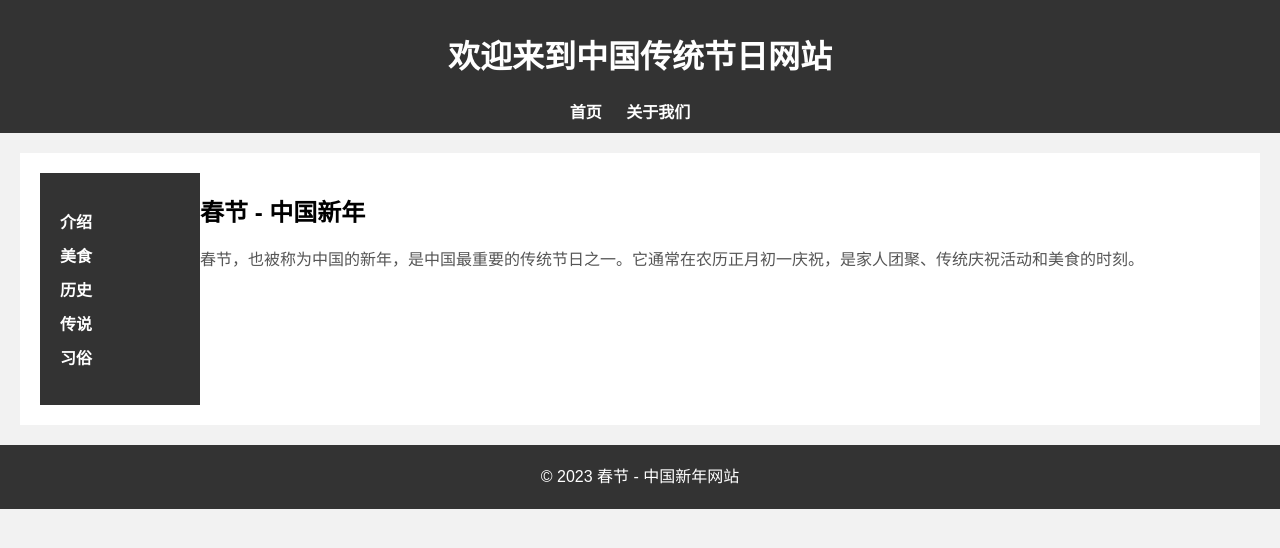
Repository: XueJie1/computer-operation-basics
Page: pages/springfestival/springfestival.html
These files come from the project's save history. The page is drawn as it stood at one moment and after the next save; the edit follows.
The browser window is 1280 px wide. The pictures show the whole page.

Above is the page before, as saved 2023-08-30 18:56:37.

### pages/springfestival/springfestival.html
<!DOCTYPE html>
<html lang="zh-CN">

<head>
    <meta charset="UTF-8">
    <meta name="viewport" content="width=device-width, initial-scale=1.0">
    <title>春节 - 中国新年</title>
    <link rel="stylesheet" type="text/css" href="../../css/styles.css" />
    <script src="https://cdn.bootcdn.net/ajax/libs/jquery/3.6.4/jquery.js"></script>

</head>

<body>
    <div class="header">
        <h1>欢迎来到中国传统节日网站</h1>
        <nav>
            <ul>
                <li><a href="../../index.html">首页</a></li>
                <li><a href="../about.html">关于我们</a></li>
            </ul>
        </nav>
    </div>
    <main>
        <div class="container">
            <div class="sidebar">
                <!-- 侧边栏 -->
                <ul>
                    <li><a href="#introduction">介绍</a></li>
                    <li><a href="#cuisine">美食</a></li>
                    <li><a href="#history">历史</a></li>
                    <li><a href="#legend">传说</a></li>
                    <li><a href="#customs">习俗</a></li>
                </ul>
            </div>

            <!-- 介绍 -->
            <section id="introduction">
                <div id="introduction"></div>
            </section>

            <!-- 美食 -->
            <section id="cuisine" style="display: none;">
                <h2>美食</h2>
                <p>春节期间，人们会品尝各种传统美食，其中包括饺子、年糕、鱼等。这些食物在节日期间具有特殊的象征意义。</p>
            </section>

            <!-- 历史 -->
            <section id="history" style="display: none;">
                <h2>历史</h2>
                <p>春节的历史可以追溯到数千年前，它与农历和农耕社会的传统有关。了解春节的历史背景和发展。</p>
            </section>

            <!-- 传说 -->
            <section id="legend" style="display: none;">
                <h2>传说</h2>
                <p>春节有许多与之相关的传说，包括年兽的故事、关于赛龙舟的传说等。这些传说丰富了节日的文化内涵。</p>
            </section>

            <!-- 习俗 -->
            <section id="customs" style="display: none;">
                <h2>习俗</h2>
                <p>春节有许多独特的习俗，如贴春联、舞龙舞狮、赏花灯、给红包等。这些习俗代代传承，为节日增添了色彩。</p>
            </section>
    </main>
    </div>

    <div class="footer">
        <!-- 在这里包含网站的页脚部分，如版权信息等 -->
        <p>&copy; 2023 春节 - 中国新年网站</p>
    </div>

    <script>
        $("#introduction").load("introduction.html");
        $("#footer").load("footer.html");
    </script>
    <script>
        $(document).ready(function () {
            // 为侧边栏链接绑定点击事件
            $('.sidebar a').on('click', function (e) {
                e.preventDefault(); // 阻止默认链接行为

                // 获取点击链接的href属性值
                var target = $(this).attr('href');

                // 隐藏所有的section
                $('main section').hide();

                // 显示目标section
                $(target).show();
            });
        });
    </script>
</body>

</html>

### css/styles.css

body {
    font-family: Arial, sans-serif;
    margin: 0;
    padding: 0;
    background-color: #f2f2f2;
}

/* 样式化导航菜单 */
header , .header{
    background-color: #333;
    color: #fff;
    padding: 10px 0;
}


.header h1, header h1{
    text-align: center;
    text-decoration: none;
    color: #fff;
}


nav ul {
    list-style-type: none;
    margin: 0;
    padding: 0;
    text-align: center;
}

nav ul li {
    display: inline;
    margin-right: 20px;
}

nav ul li a {
    text-decoration: none;
    color: #fff;
    font-weight: bold;
    font-size: 16px;
}

nav ul li a:hover {
    color: #ff9900; /* 鼠标悬停时的颜色 */
}

main {
    margin: 20px 20px 20px 20px;
}

footer p , .footer p{
    color: #fff;
    text-align: center;
    background-color: #333;
    padding-top: 20px;
    padding-bottom: 20px;
}

/* 为网页容器设置样式 */
.container {
    display: flex;
}

/* 侧边栏样式 */
.sidebar {
    flex: 0 0 10%; /* 侧边栏占据25%的宽度 */
    background-color: #333;
    color: #fff;
    padding: 20px;
}

.sidebar ul {
    list-style-type: none;
    padding: 0;
}

.sidebar ul li {
    margin-bottom: 10px;
}

.sidebar ul li a {
    text-decoration: none;
    color: #fff;
    font-weight: bold;
    font-size: 16px;
}

/* 主内容区域样式 */
main {
    flex: 0 0 75%; /* 主内容区域占据75%的宽度 */
    background-color: #fff;
    padding: 20px;
}

/* 标题样式 */
/* h1 {
    font-size: 28px;
    color: #333;
    margin-top: 0;
} */

h2 {
    font-size: 24px;
    color: #333;
}

/* 正文样式 */
p {
    font-size: 16px;
    line-height: 1.5;
    color: #555;
}

/* 添加更多栏目的样式，可以按照需要扩展 */

### pages/springfestival/introduction.html
<h1>春节 - 中国新年</h1>
<p>春节，也被称为中国的新年，是中国最重要的传统节日之一。它通常在农历正月初一庆祝，是家人团聚、传统庆祝活动和美食的时刻。</p>

After the next save:
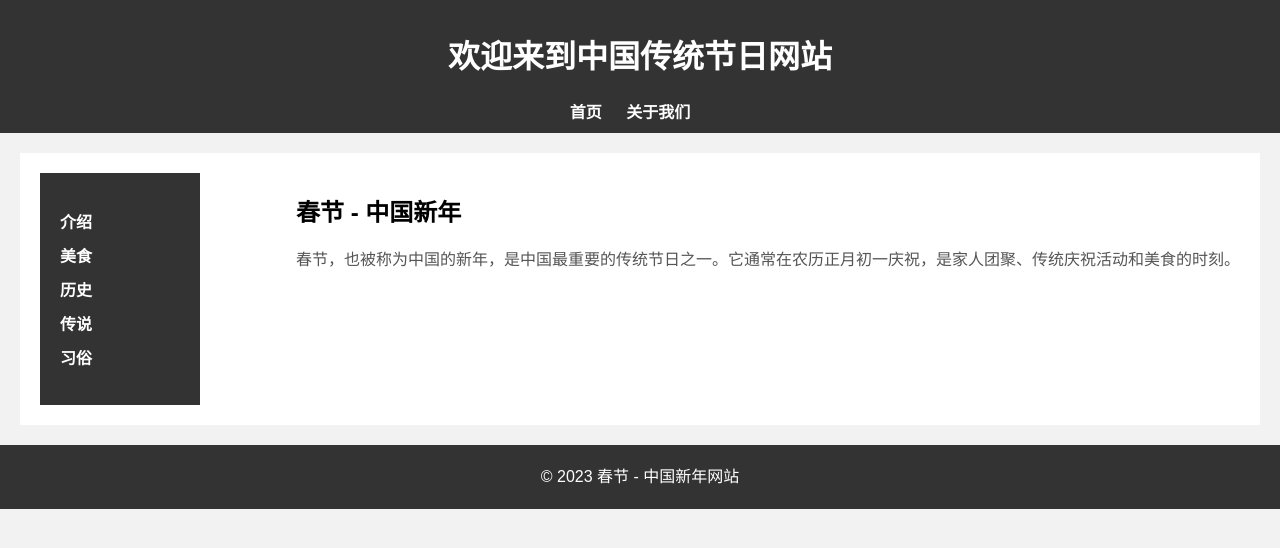
Saved 50 s later.
--- a/css/styles.css
+++ b/css/styles.css
@@ -111,4 +111,6 @@ p {
     color: #555;
 }
 
-/* 添加更多栏目的样式，可以按照需要扩展 */
+section {
+    margin-left: auto;
+}
